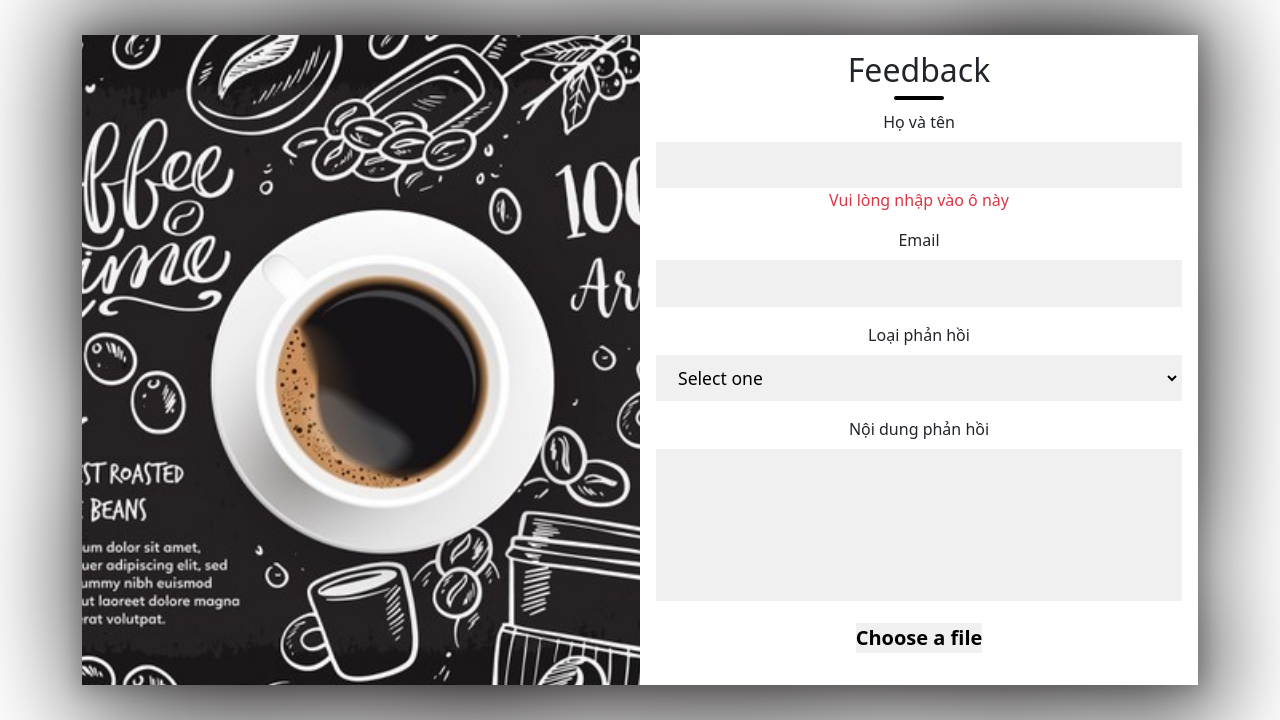
Repository: LeDongGyC/html-css
Page: HTML CSS/prototype/index.html
An editor plug-in stored every save of this project. The page is shown before and after the next save, followed by the edit.
The browser window is 1280 px wide. The pictures show the whole page.
The style sheet was rebuilt from its Sass, Less or Tailwind sources for each picture, by a compiler version that may differ from the author's.

Above is the page before, as saved 2023-05-24 10:34:24.

After the next save:
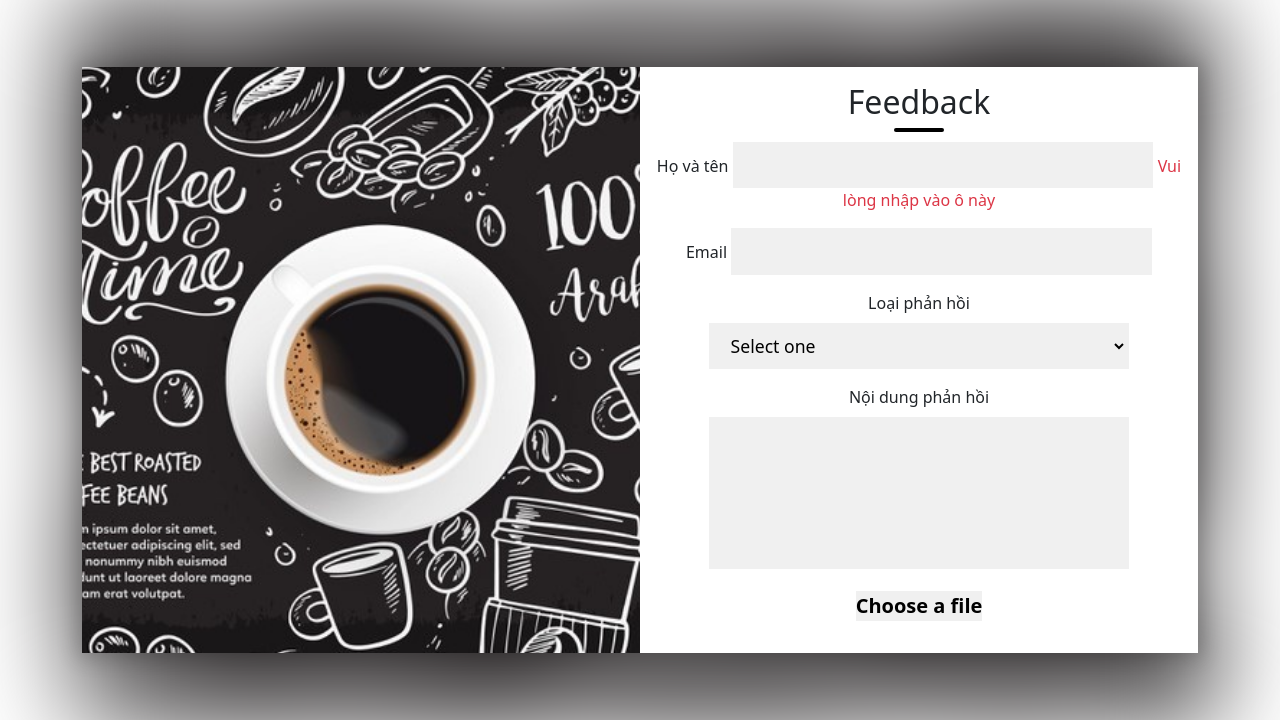
Saved 23 s later.
--- a/HTML CSS/prototype/style.scss
+++ b/HTML CSS/prototype/style.scss
@@ -69,7 +69,7 @@
       }
     }
     &-item {
-      width: 100%;
+      width: 80%;
       border: 2px solid rgba(0, 0, 0, 0);
       outline: none;
       background-color: rgba(230, 230, 230, 0.6);

After the 3 saves that followed:
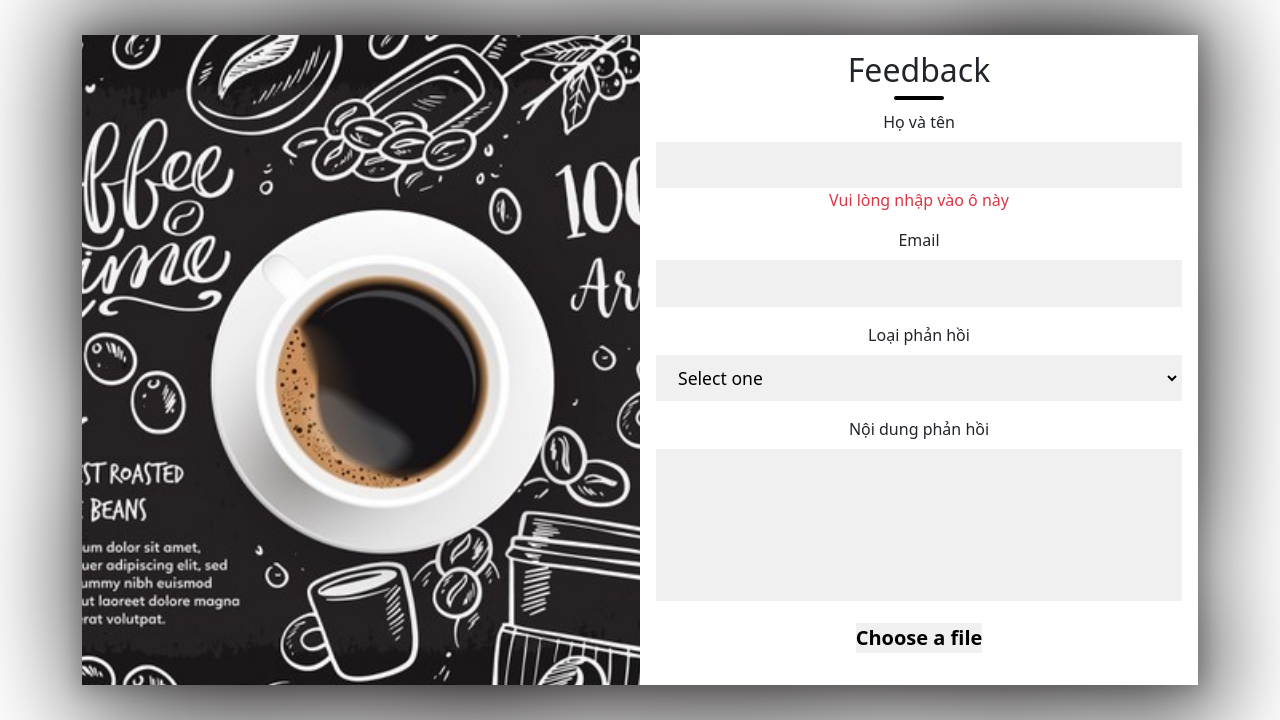
The 3 saves are shown as one change because they came seconds apart.
The last was saved 24 s later.
--- a/HTML CSS/prototype/style.scss
+++ b/HTML CSS/prototype/style.scss
@@ -69,7 +69,7 @@
       }
     }
     &-item {
-      width: 80%;
+      width: 100%;
       border: 2px solid rgba(0, 0, 0, 0);
       outline: none;
       background-color: rgba(230, 230, 230, 0.6);
